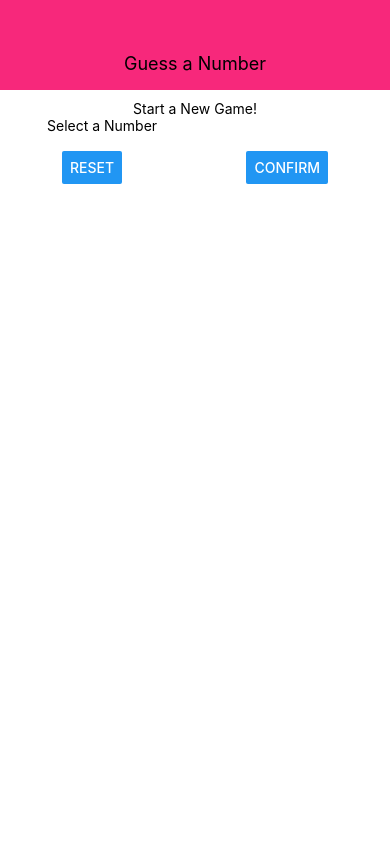
Repository: ChidiChuks/rn-second-project
Screen: / (app in second-project/)
These files come from the project's save history. The screen is drawn as it stood at one moment and after the next save; the edit follows.
The app was drawn by React Native's web renderer in a window 390 px wide. The project was rebuilt for these pictures with package versions that can differ from the ones it lists, and the page was loaded fresh each time.

Above is the screen before, as saved 2019-10-23 13:14:29.

After the next save:
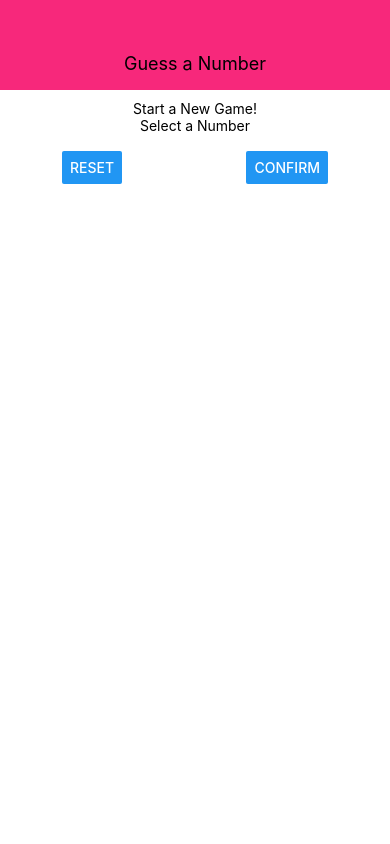
Saved 38 s later.
--- a/second-project/screens/StartGameScreen.js
+++ b/second-project/screens/StartGameScreen.js
@@ -29,7 +29,8 @@ const styles = StyleSheet.create({
   },
   inputContainer: {
     width: 300,
-    maxWidth: '80%'
+    maxWidth: '80%',
+    alignItems: 'center'
   },
   buttonContainer: {
     flexDirection: 'row',
